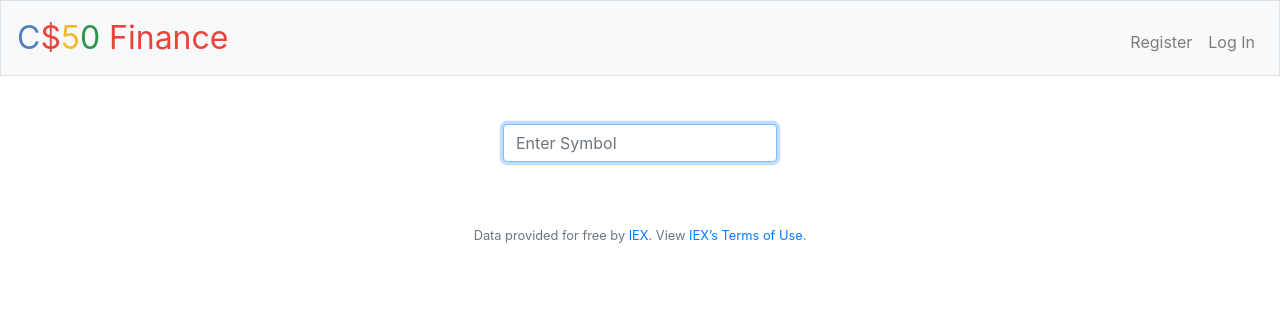
Repository: Mackeyrw/gitTest-CS50
Page: pset8/finance/templates/quote.html
The author's editor kept a record of every edit. The page is drawn from the files as they stood at one moment, then again after the next edit.
The browser window is 1280 px wide. The pictures show the whole page.
The template is drawn by Flask 3. The application's start-up code is not run. The template is opened directly, without the code that normally fills it, so the values that code supplies are empty.

Above is the page before.

After the next edit:
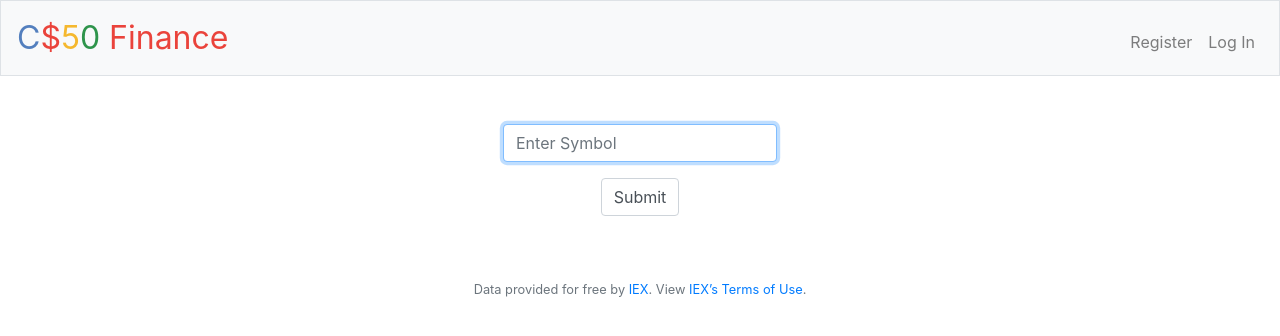
The edit:
--- a/pset8/finance/templates/quote.html
+++ b/pset8/finance/templates/quote.html
@@ -6,8 +6,11 @@
 
 {% block main %}
     <form action="/quote" method="post">
-         <div class="form-group">
-        <input name="quote" type="text" placeholder="Enter Symbol" autocomplete="off" autofocus class="form-control">
+        <div class="form-group">
+            <input name="quote" type="text" placeholder="Enter Symbol" autocomplete="off" autofocus class="form-control">
+        </div>
+        <div class="form-group">
+            <input name="quote" type="submit" placeholder="Get Quote" autocomplete="off" autofocus class="form-control">
         </div>
     </form>
 {% endblock %}
